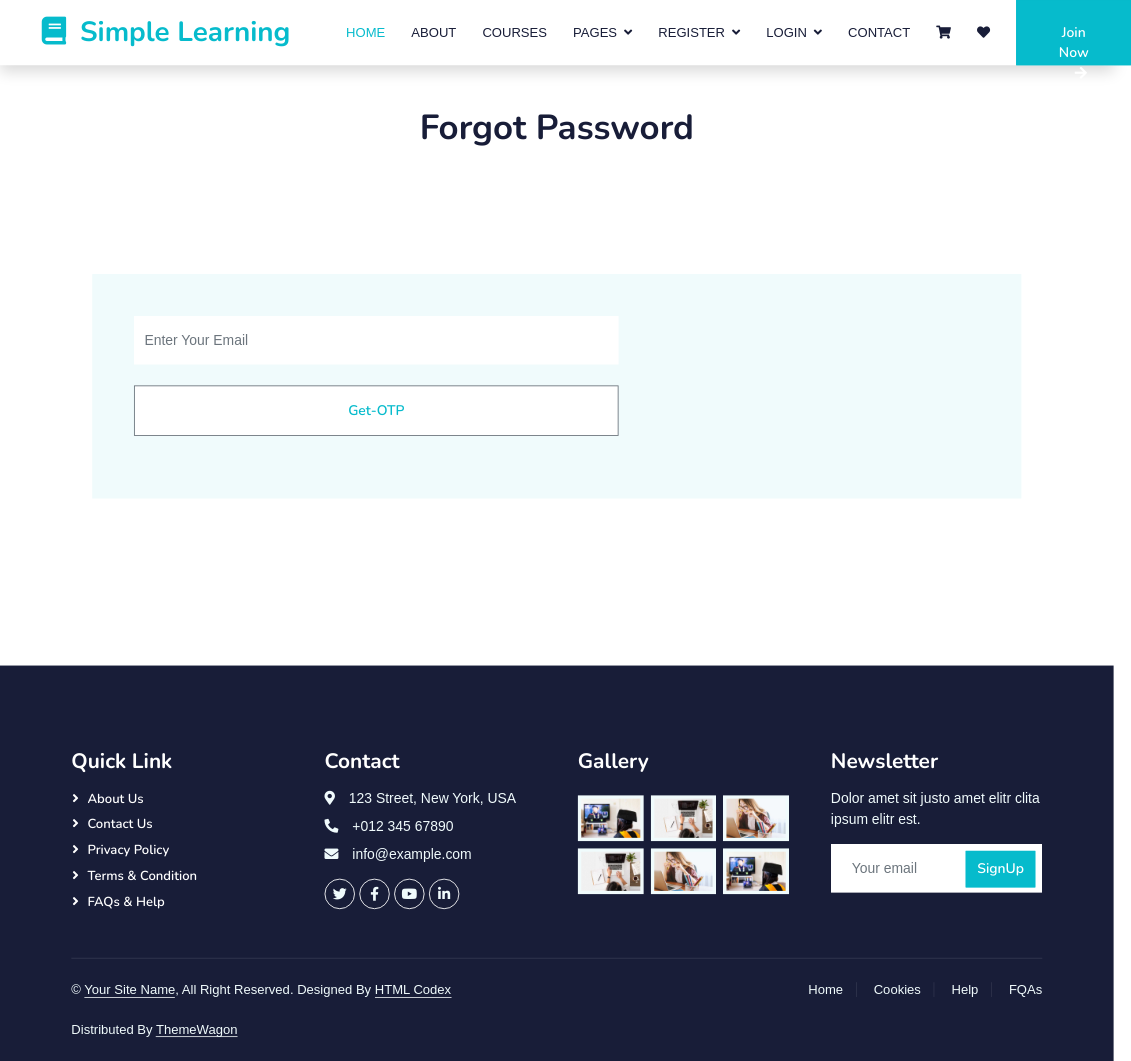
Repository: Arumugam2002/ARUMUGAM-TOPS-DAILY-TASKS
Page: http://localhost/ELearning/user-verify-otp.jsp
These files come from the project's save history. The page is drawn as it stood at one moment and after the next save; the edit follows.
The browser window is 1280 px wide. The page is 1300 px wide, so the pictures cover 1300 px, including what lies to the right of the window. The pictures show the whole page, at 87% of full size.
Some web fonts or font styles are not loaded; a fallback is used. Some web libraries are served in a nearby version. The page is served by Tomcat 9.

Above is the page before, as saved 2024-07-13 06:17:59.

After the next save:
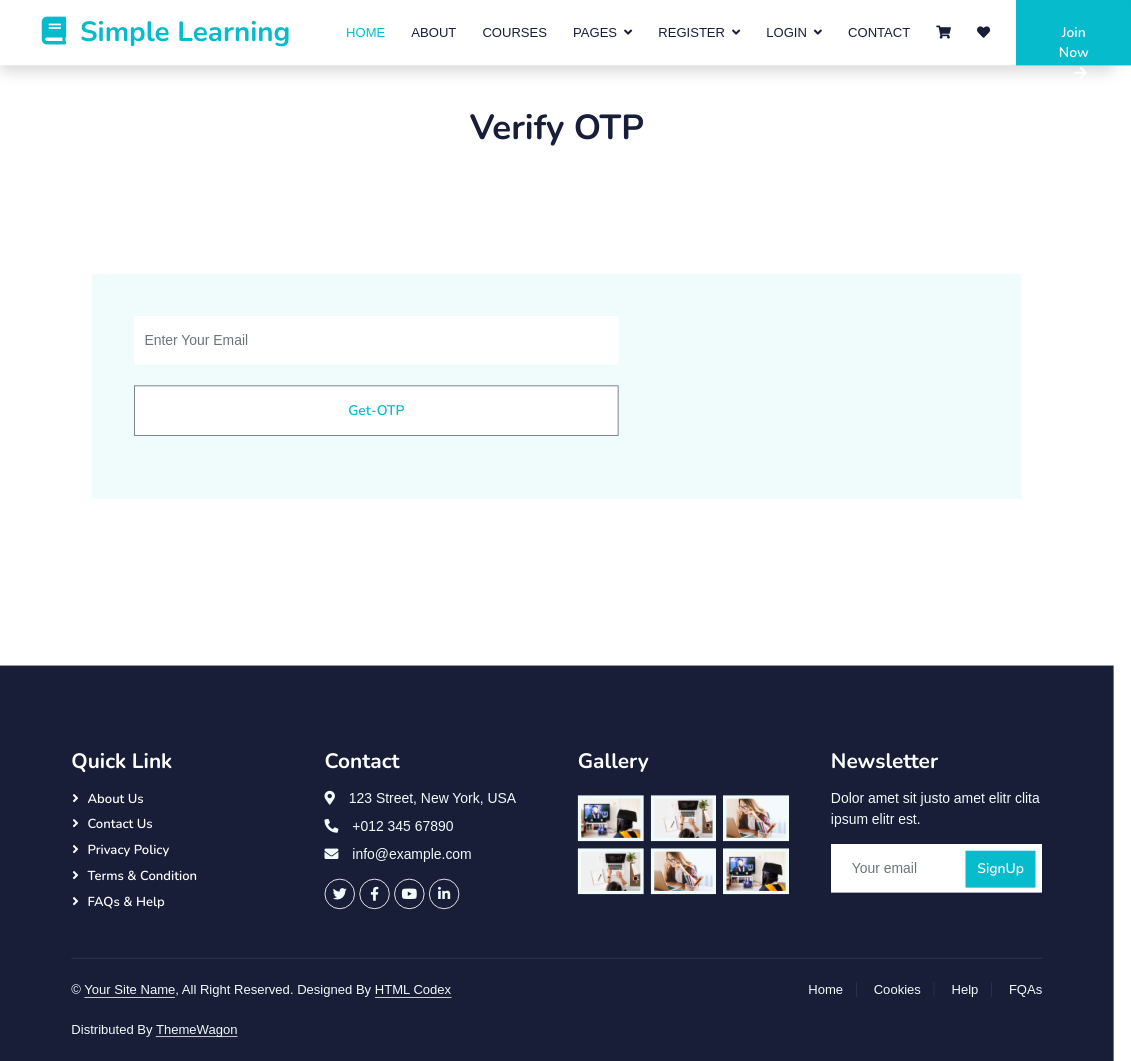
Saved 22 s later.
--- a/Java Project/ELearning/src/main/webapp/user-verify-otp.jsp
+++ b/Java Project/ELearning/src/main/webapp/user-verify-otp.jsp
@@ -13,7 +13,7 @@
         <div class="container">
             <div class="text-center wow fadeInUp" data-wow-delay="0.1s">
 
-                <h1 class="mb-5"> Forgot Password</h1>
+                <h1 class="mb-5"> Verify OTP</h1>
             </div>
             <div class="row g-4">
 
